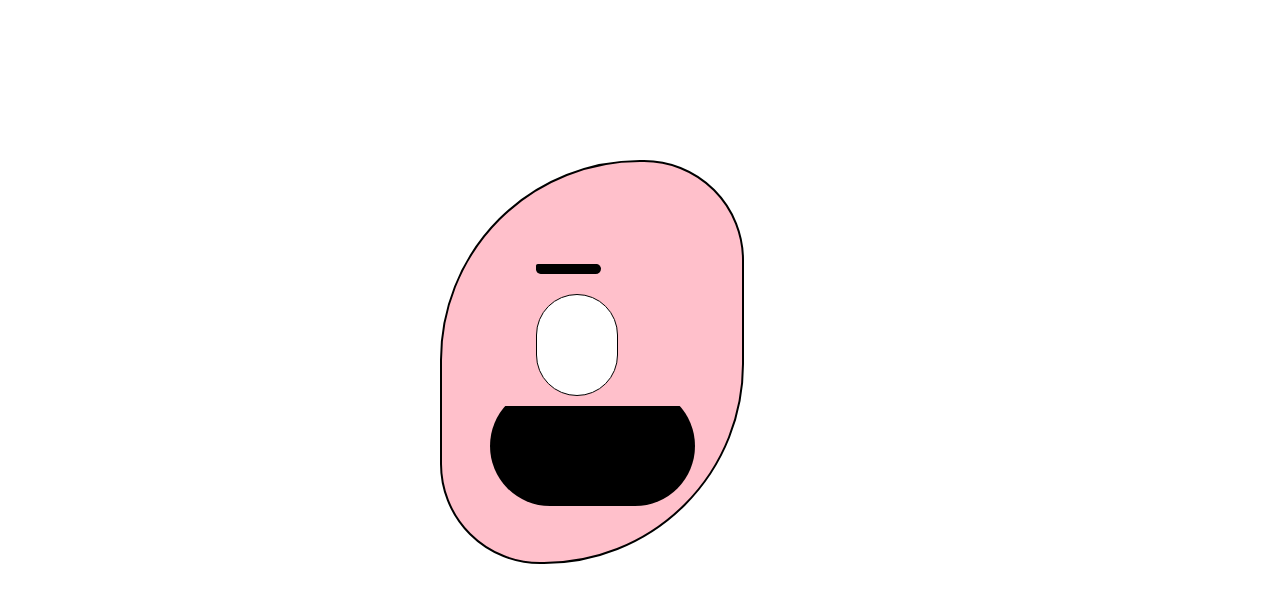
Repository: rodwestmoreland/1150
Page: cssCritter/index.html
An editor plug-in stored every save of this project. The page is shown before and after the next save, followed by the edit.
The browser window is 1280 px wide. The pictures show the whole page.

Above is the page before, as saved 2021-01-25 20:11:20.

After the next save:
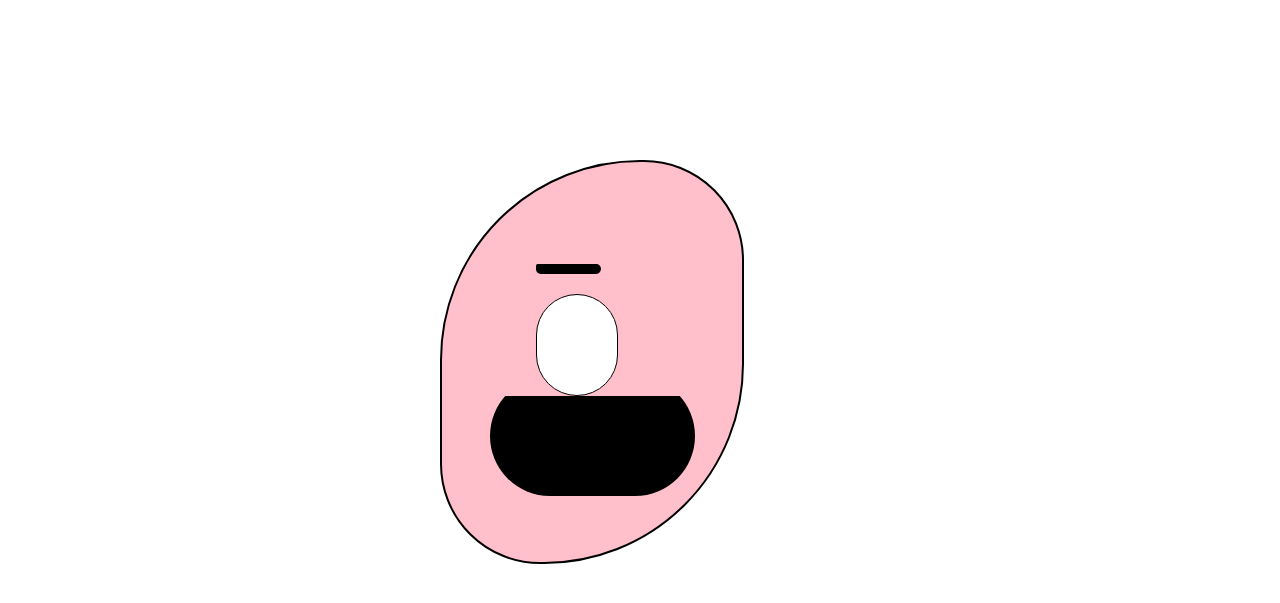
Saved 8 s later.
--- a/cssCritter/style.css
+++ b/cssCritter/style.css
@@ -45,6 +45,6 @@
     border-radius: 100px;
     height: 20px;
     width: 205px;
-    margin: -10px auto 0;
+    margin: -20px auto 0;
 
  }
